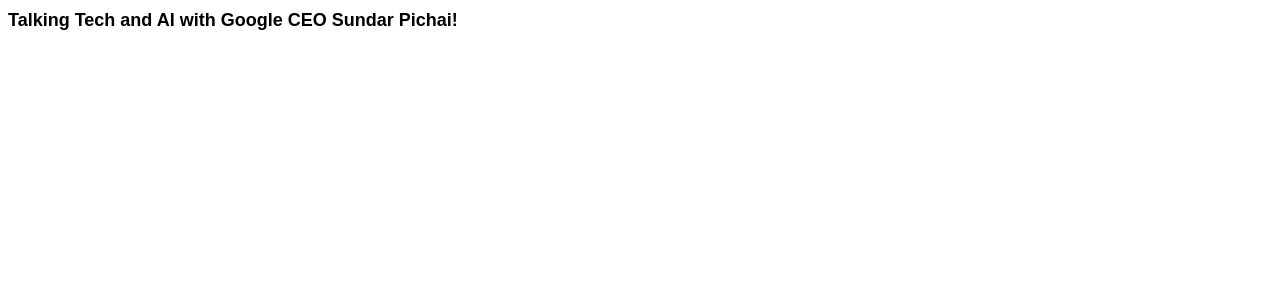
Repository: knowledgeAlan/html-css-five
Page: text.html
These files come from the project's save history. The page is drawn as it stood at one moment and after the next save; the edit follows.
The browser window is 1280 px wide. The pictures show the whole page.

Above is the page before, as saved 2024-02-28 19:05:05.

### text.html
<style>
    p{
        font-family: Arial;
        margin-top: 0;
        margin-bottom: 0;
    }

    .video-stats{
        font-size: 14px;
        color: rgb(96, 96, 96);
        margin-bottom: 20px;
    }

    .video-title {
        font-weight: bold;
        font-size: 18px;
        width: 280 px;
        line-height: 24px;
        margin-bottom: 5px ;
    }

    .video-author {
        font-size: 18px;
        color: rgb(96, 96, 96);
        margin-bottom: 20px ;
    }

    .video-description {
        font-size: 14px;
        color: rgb(96, 96, 96);
        width: 280px;
        line-height: 22px;
        margin-bottom: 100px;
    }


    .apple-text {
        margin-bottom: 50px;
        font-size: 14px;
        background-color: rgb(227, 65, 64);
        color: white;
        text-align: center;
        padding-top: 18px;
        padding-bottom: 18px;
    }


    .span-example {
        color:red;
    }

    .span-example:hover{
        text-decoration: underline;
    }

    .shop-link {
        cursor: pointer;
    }

    .shop-link:hover{
        text-decoration: underline;
    }

</style>


<p class="video-title">
    Talking Tech and AI with Google CEO Sundar Pichai!
</p>

After the next save:
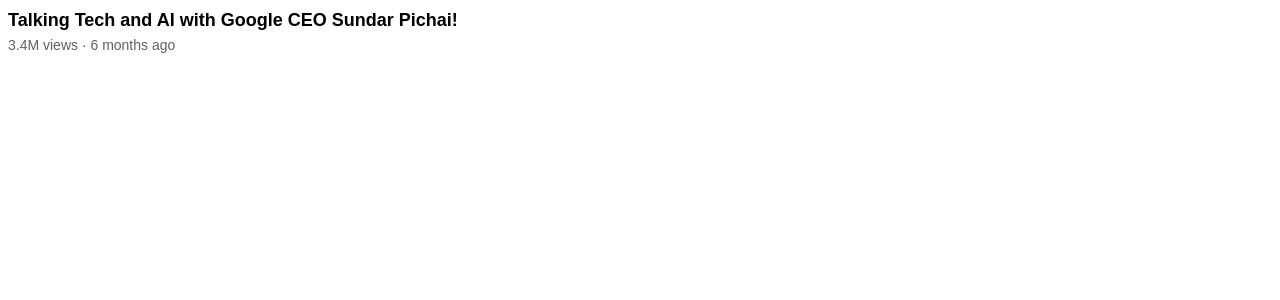
Saved 29 s later.
--- a/text.html
+++ b/text.html
@@ -67,3 +67,7 @@
 <p class="video-title">
     Talking Tech and AI with Google CEO Sundar Pichai!
 </p>
+
+<p class="video-stats">
+    3.4M views &#183; 6 months ago
+</p>
